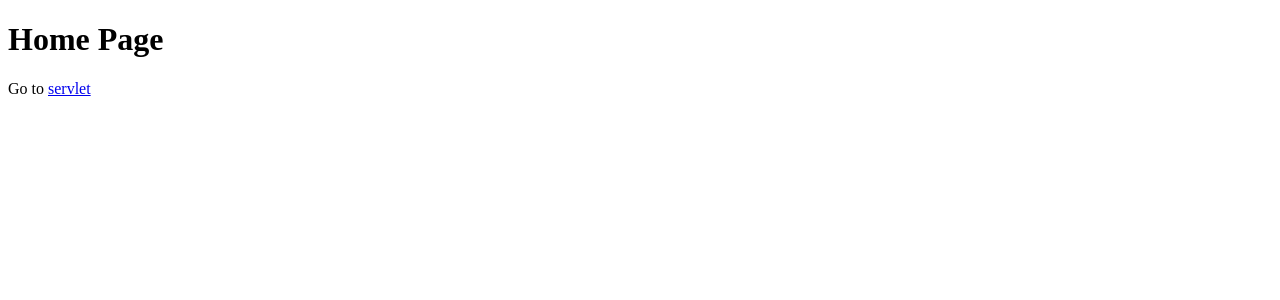
Repository: prashantvadlamani/Library-Management-System
Page: http://localhost/myweb/
These files come from the project's save history. The page is drawn as it stood at one moment and after the next save; the edit follows.
The browser window is 1280 px wide. The pictures show the whole page.
The page is served by Tomcat 9. Other server files are loaded and not shown.

Above is the page before, as saved 2018-08-16 08:43:25.

### myweb/WebContent/index.jsp
<%@ page language="java" contentType="text/html; charset=ISO-8859-1"
    pageEncoding="ISO-8859-1"%>
<!DOCTYPE html PUBLIC "-//W3C//DTD HTML 4.01 Transitional//EN" "http://www.w3.org/TR/html4/loose.dtd">
<html>
<head>
<meta http-equiv="Content-Type" content="text/html; charset=ISO-8859-1">
<title>Insert title here</title>
</head>
<body>
	<h1>Home Page</h1>
	<p>Go to <a href="MyServlet">servlet</a></p>
</body>
</html>

After the next save:
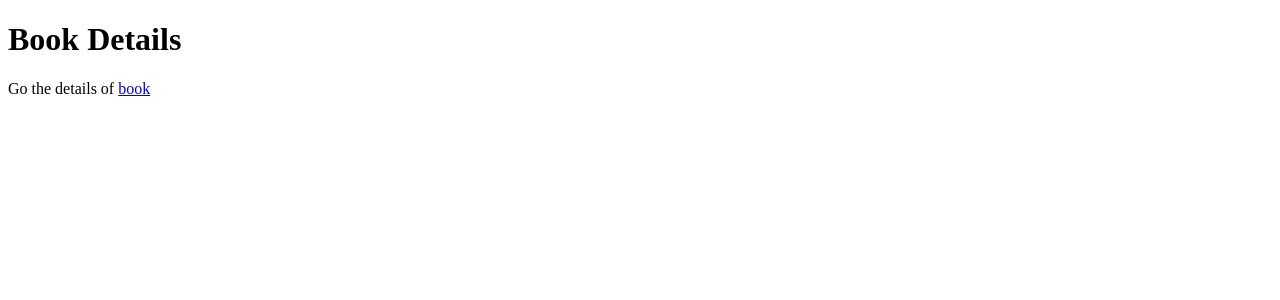
Saved 58 s later.
--- a/myweb/WebContent/index.jsp
+++ b/myweb/WebContent/index.jsp
@@ -7,7 +7,7 @@
 <title>Insert title here</title>
 </head>
 <body>
-	<h1>Home Page</h1>
-	<p>Go to <a href="MyServlet">servlet</a></p>
+	<h1>Book Details</h1>
+	<p>Go the details of <a href="MyServlet">book</a></p>
 </body>
 </html>
